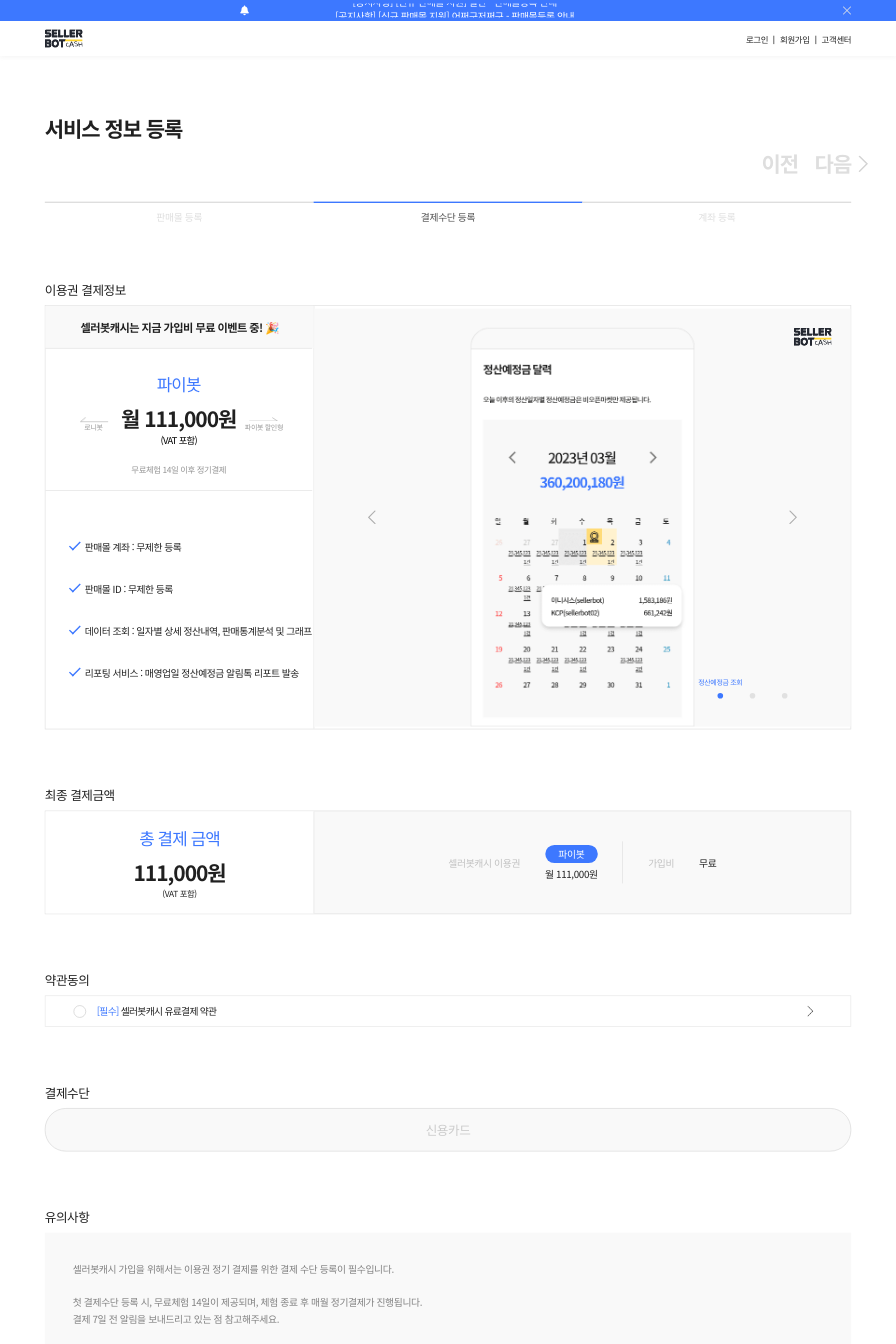
Repository: elemapfelr/ownServer
Page: test-server/web/sellerbot_signup/step_06.html
These files come from the project's save history. The page is drawn as it stood at one moment and after the next save; the edit follows.
The browser window is 1280 px wide. The pictures show the part of the page from y = 0 to 1920 px (the page is 2394 px tall before and 7616 px after), at 70% of full size.
Some web libraries are served in a nearby version. The style sheet was rebuilt from its Sass, Less or Tailwind sources for each picture, by a compiler version that may differ from the author's.

Above is the page before, as saved 2023-03-20 14:44:38.

After the next save:
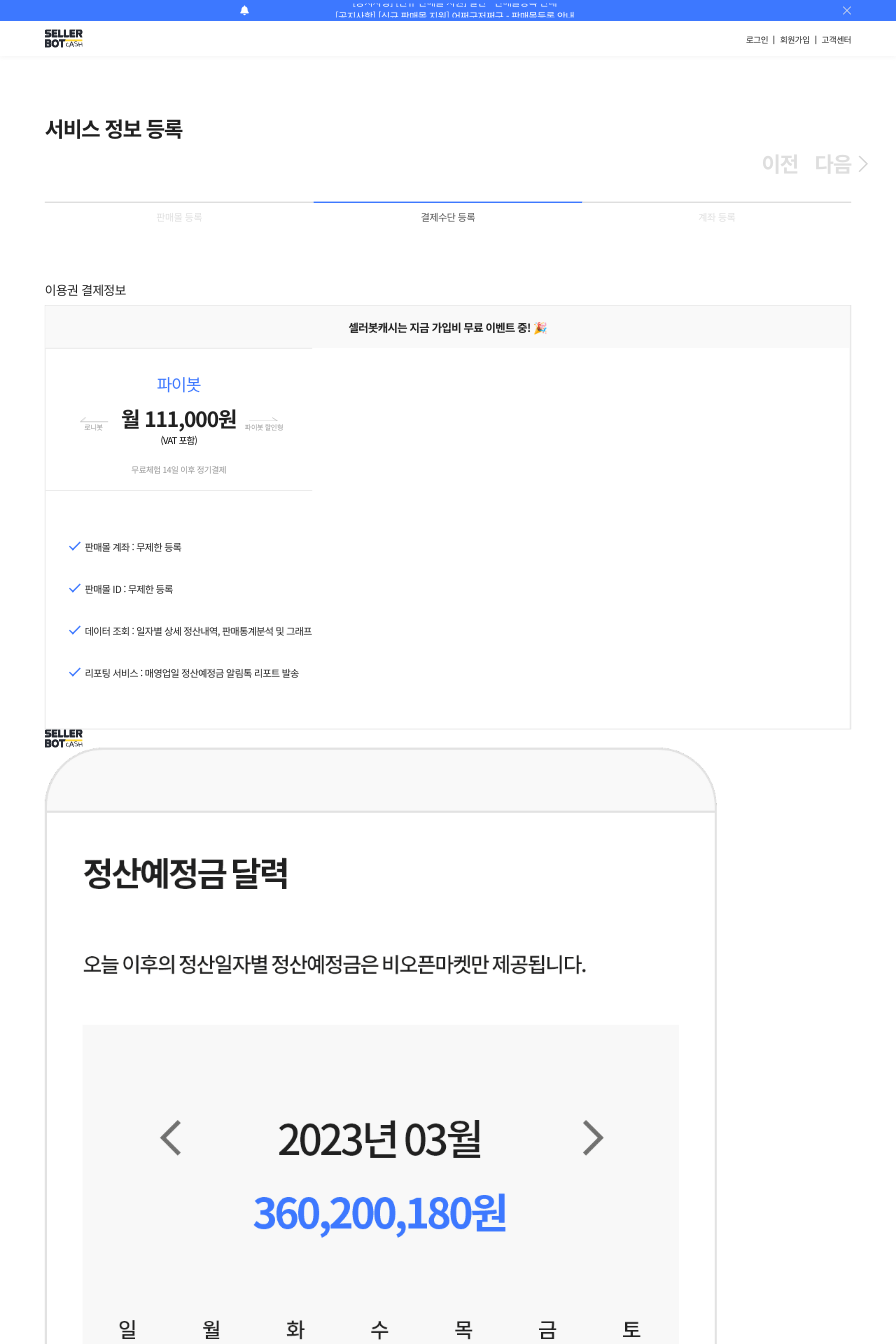
Saved 27 s later.
--- a/test-server/web/sellerbot_signup/step_06.html
+++ b/test-server/web/sellerbot_signup/step_06.html
@@ -77,7 +77,10 @@
 							<h5>셀러봇캐시는 지금 가입비 무료 이벤트 중! 🎉</h5>
 						</div>
 						<div class="ticket_gallery">
-							<div class="items">
+							<ul>
+
+							</ul>
+							<li class="items">
 								<div class="center">
 									<h5 id="ticketName">파이봇</h5>
 									<div class="flex">
@@ -116,34 +119,34 @@
 										<p>리포팅 서비스 : 매영업일 정산예정금 알림톡 리포트 발송</p>
 									</div>
 								</div>
-							</div>
-						</div>
-					</div>
-					<div class="right">
-						<img class="logo" src="./img/sellerbotLogo.svg" alt="sellerbot">
-						<div class="gallery">
-							<ul>
-								<li>
-									<img src="./img/step_06_img_01.png" alt="01">
-								</li>
-								<li>
-									<img src="./img/step_06_img_02.png" alt="02">
-								</li>
-								<li>
-									<img src="./img/step_06_img_03.png" alt="03">
-								</li>
-							</ul>
-						</div>
-						<div class="arrowBtns">
-							<div id="galleryLeft"><img src="./img/rightArrow.svg" alt="leftArrow"></div>
-							<div id="galleryRight"><img src="./img/rightArrow.svg" alt="rightArrow"></div>
-						</div>
-						<ul class="bottomUl">
-							<li class="active" data-text="정산예정금 조회"></li>
-							<li data-text="판매 분석"></li>
-							<li data-text="리포팅 서비스"></li>
+						</div>
+					</div>
+				</div>
+				<div class="right">
+					<img class="logo" src="./img/sellerbotLogo.svg" alt="sellerbot">
+					<div class="gallery">
+						<ul>
+							<li>
+								<img src="./img/step_06_img_01.png" alt="01">
+							</li>
+							<li>
+								<img src="./img/step_06_img_02.png" alt="02">
+							</li>
+							<li>
+								<img src="./img/step_06_img_03.png" alt="03">
+							</li>
 						</ul>
 					</div>
+					<div class="arrowBtns">
+						<div id="galleryLeft"><img src="./img/rightArrow.svg" alt="leftArrow"></div>
+						<div id="galleryRight"><img src="./img/rightArrow.svg" alt="rightArrow"></div>
+					</div>
+					<ul class="bottomUl">
+						<li class="active" data-text="정산예정금 조회"></li>
+						<li data-text="판매 분석"></li>
+						<li data-text="리포팅 서비스"></li>
+					</ul>
+				</div>
 				</div>
 			</article>
 			<article id="totalPay">

After the save that followed:
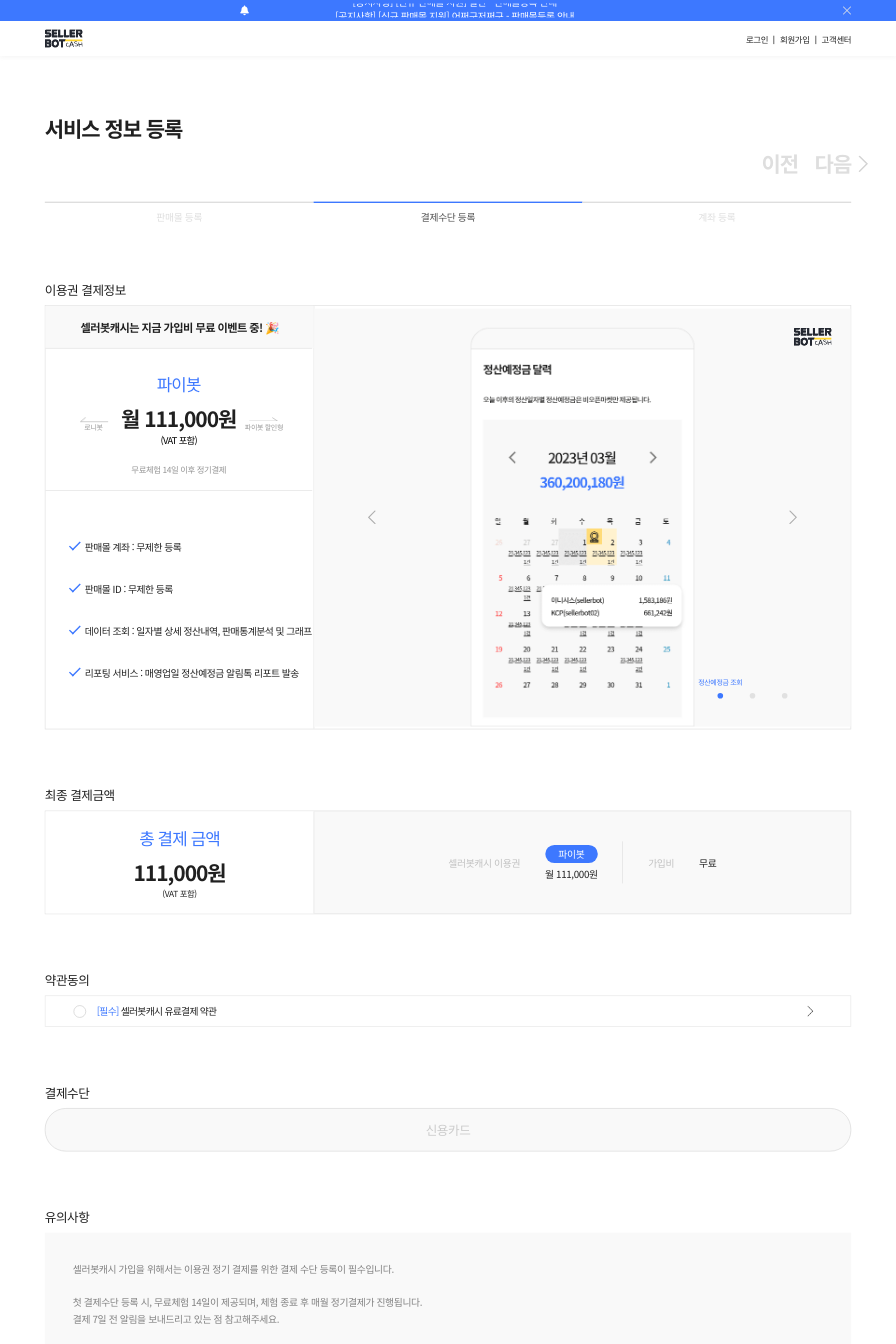
Saved 13 s later.
--- a/test-server/web/sellerbot_signup/step_06.html
+++ b/test-server/web/sellerbot_signup/step_06.html
@@ -119,34 +119,34 @@
 										<p>리포팅 서비스 : 매영업일 정산예정금 알림톡 리포트 발송</p>
 									</div>
 								</div>
-						</div>
-					</div>
-				</div>
-				<div class="right">
-					<img class="logo" src="./img/sellerbotLogo.svg" alt="sellerbot">
-					<div class="gallery">
-						<ul>
-							<li>
-								<img src="./img/step_06_img_01.png" alt="01">
 							</li>
-							<li>
-								<img src="./img/step_06_img_02.png" alt="02">
-							</li>
-							<li>
-								<img src="./img/step_06_img_03.png" alt="03">
-							</li>
+						</div>
+					</div>
+					<div class="right">
+						<img class="logo" src="./img/sellerbotLogo.svg" alt="sellerbot">
+						<div class="gallery">
+							<ul>
+								<li>
+									<img src="./img/step_06_img_01.png" alt="01">
+								</li>
+								<li>
+									<img src="./img/step_06_img_02.png" alt="02">
+								</li>
+								<li>
+									<img src="./img/step_06_img_03.png" alt="03">
+								</li>
+							</ul>
+						</div>
+						<div class="arrowBtns">
+							<div id="galleryLeft"><img src="./img/rightArrow.svg" alt="leftArrow"></div>
+							<div id="galleryRight"><img src="./img/rightArrow.svg" alt="rightArrow"></div>
+						</div>
+						<ul class="bottomUl">
+							<li class="active" data-text="정산예정금 조회"></li>
+							<li data-text="판매 분석"></li>
+							<li data-text="리포팅 서비스"></li>
 						</ul>
 					</div>
-					<div class="arrowBtns">
-						<div id="galleryLeft"><img src="./img/rightArrow.svg" alt="leftArrow"></div>
-						<div id="galleryRight"><img src="./img/rightArrow.svg" alt="rightArrow"></div>
-					</div>
-					<ul class="bottomUl">
-						<li class="active" data-text="정산예정금 조회"></li>
-						<li data-text="판매 분석"></li>
-						<li data-text="리포팅 서비스"></li>
-					</ul>
-				</div>
 				</div>
 			</article>
 			<article id="totalPay">
